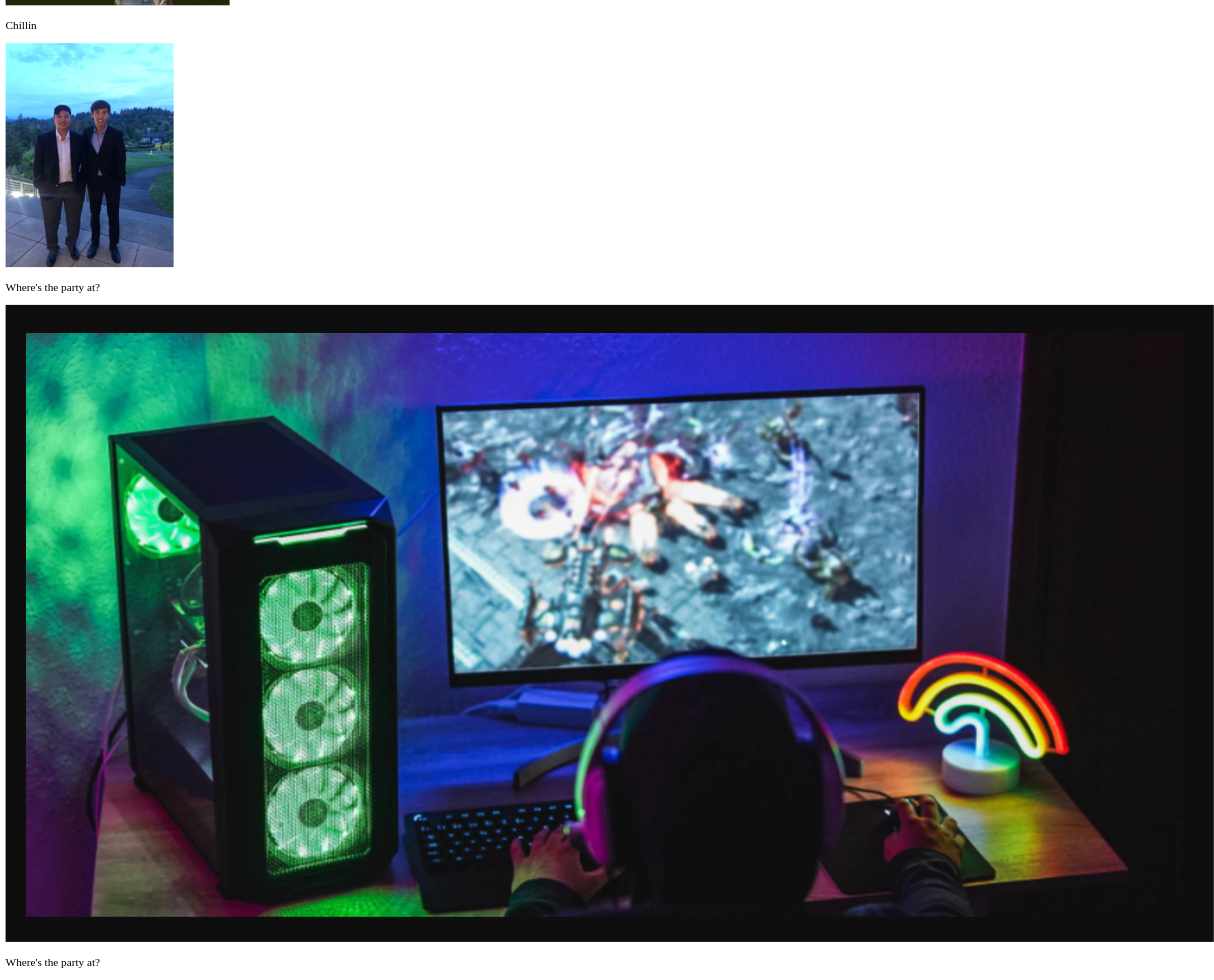
Repository: sebas6292/Jeff-Midterm
Page: hobby.html
An editor plug-in stored every save of this project. The page is shown before and after the next save, followed by the edit.
The browser window is 1280 px wide. The page is 1734 px wide, then 1280 px, so the pictures cover 1734 px, including what lies to the right of the window. The pictures show the part of the page from y = 701 to 2101 px (the page is 2101 px tall before and 1511 px after), at 70% of full size.

Above is the page before, as saved 2023-04-30 22:49:57.

After the next save:
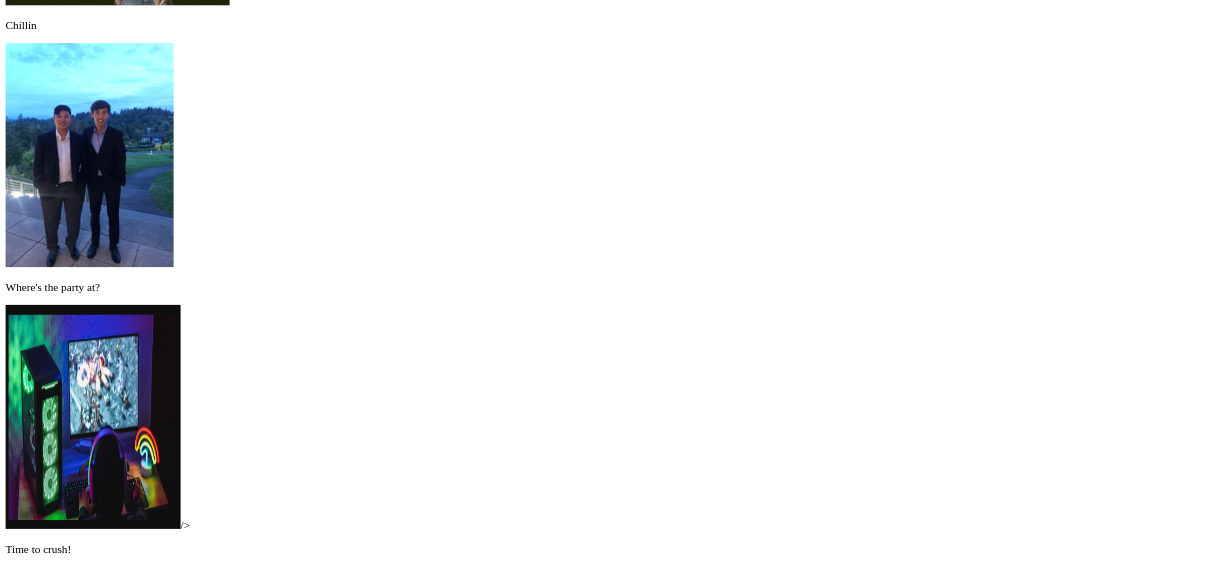
Saved 3 min 16 s later.
--- a/hobby.html
+++ b/hobby.html
@@ -29,8 +29,8 @@
             <p>Where's the party at?</p>
         </div>
         <div class="box-container">
-            <img src="pics/PC.png" />
-            <p>Where's the party at?</p>
+            <img src="pics/PC.png" style="width:250px;height:320px;"/>/>
+            <p>Time to crush!</p>
         </div>
       </section>
 
